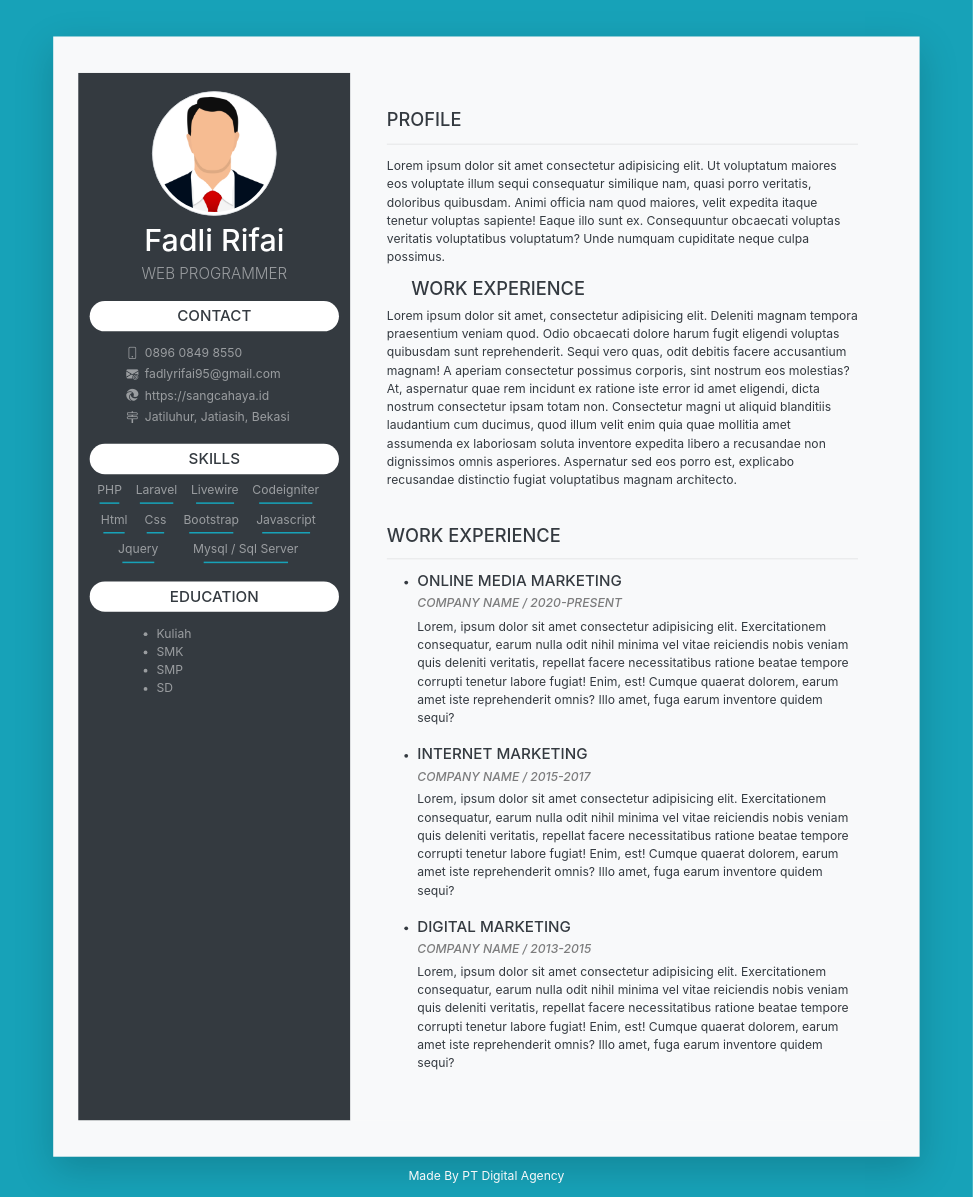
Repository: fadlyyy/fadlyyy.github.io
Page: index.html
An editor plug-in stored every save of this project. The page is shown before and after the next save, followed by the edit.
The browser window is 1280 px wide. The pictures show the whole page, at 76% of full size.

Above is the page before, as saved 2024-01-31 08:02:36.

After the next save:
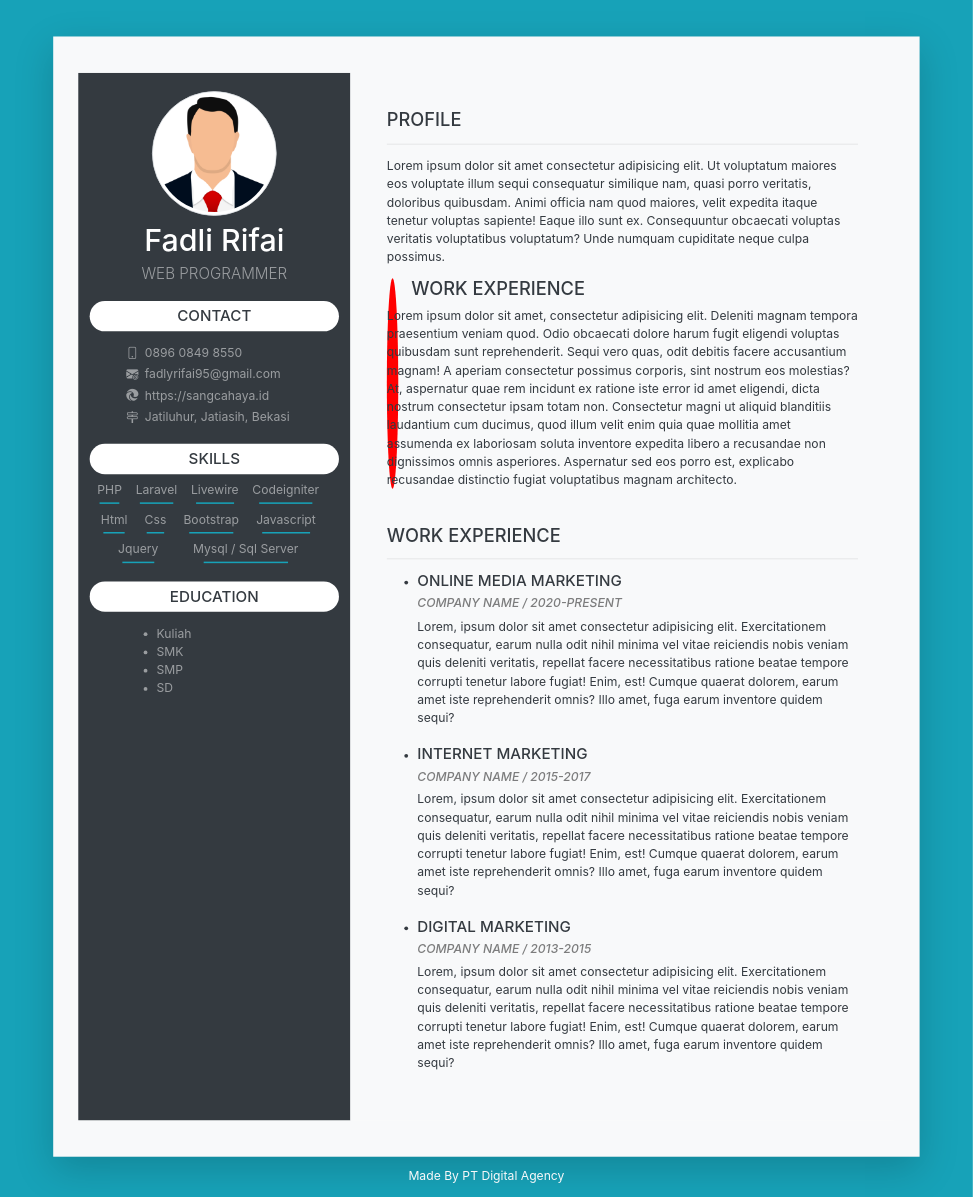
Saved 19 s later.
--- a/style.css
+++ b/style.css
@@ -26,6 +26,7 @@
 
 .work-experience {
     position: relative;
+    z-index: 1;
 }
 
 .work-experience h4 {
